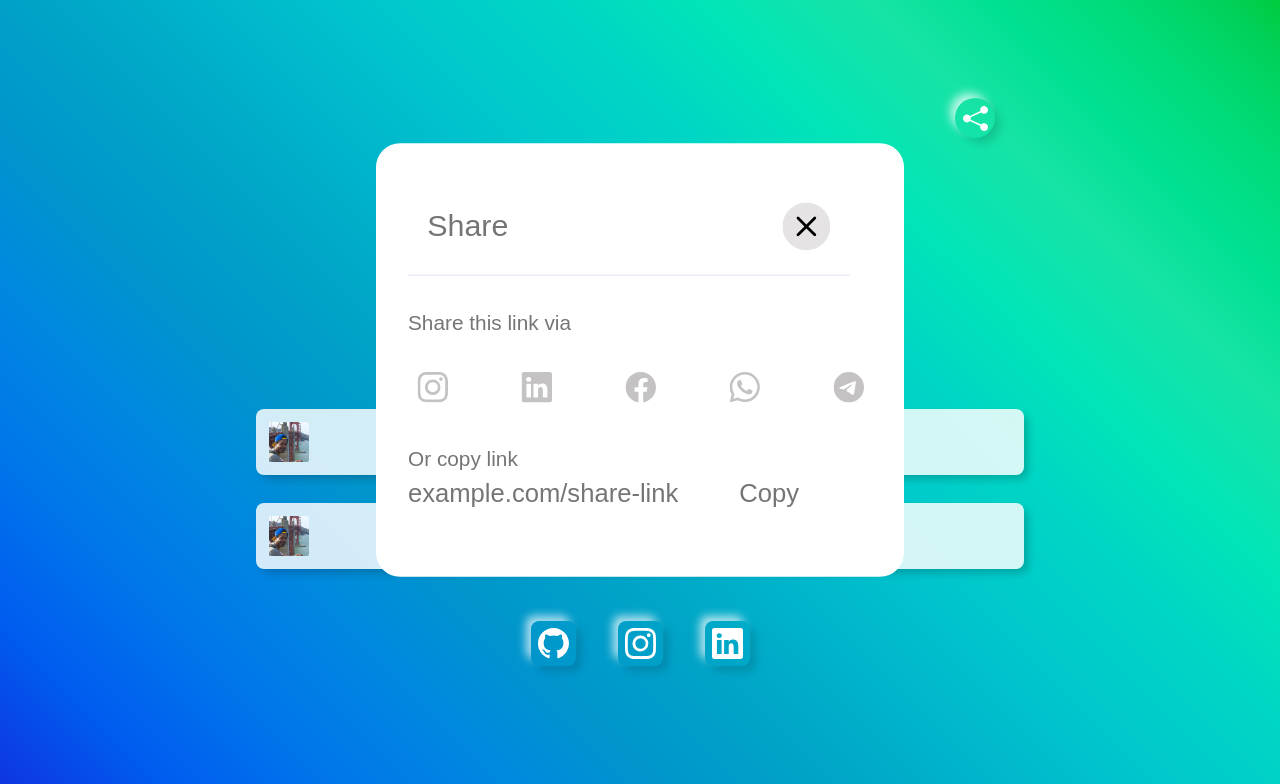
Repository: MateLaDBrouille97/linktree
Page: /
An editor plug-in stored every save of this project. The page is shown before and after the next save, followed by the edit.
The browser window is 1280 px wide. The pictures show the whole page.
The project was rebuilt for these pictures with package versions that can differ from the ones it lists, and the page was loaded fresh each time. The framework's server and built-in components were replaced by stand-ins that run in the browser. Also part of the build but not shown: next.config.js, styles/Home.module.css, styles/scrollup.css.

Above is the page before, as saved 2023-01-24 00:05:43.

### app/layout.tsx
"use client";

import '@/styles/globals.css'
import '../styles/Home.module.css';
import '../styles/scrollup.css';
import '../styles/home.css';
import '../styles/socials.css';
import '../styles/share.css';
import ScrollDow from '../components/ScrollDow';
import ScrollUp from '../components/scrollup/ScrollUp'

export default function RootLayout({
    children,
  }: {
    children: React.ReactNode;
  }) {
    return (
      <html lang="en">
        <body>{children}</body>
        {/* <ScrollDow/> */}
        {/* <ScrollUp/> */}
      </html>
    );
  }

### app/page.tsx
"use client";

import Image from "next/image";
import data from "data.json";
import image from "../public/ManuelTL2.jpg";
import image1 from "../public/ManuelTL2.jpg";
import { useEffect, useState } from "react";
import Socials from "../components/Socials";
import Share from "@/components/Share";

function LinkCard({
  href,
  title,
  image,
}: {
  href: string;
  title: string;
  image?: string;
}) {
  return (
    <a
      href={href}
      className="flex items-center p-3 w-full rounded-lg hover:scale-105 transition-all bg-gray-100 mb-3 -mt-2 max-w-3xl home__linkcard-box"
    >
      <div className="flex text-center w-full home__linkcard-card">
        <div className="w-10 h-10 home__linkcard-img">
          {image1 && (
            <Image
              className="rounded-sm"
              alt={data.name}
              src={image1}
              width={40}
              height={40}
            />
          )}
        </div>
        <h2 className="flex justify-center items-center font-semibold w-full text-gray-700 -ml-10 home__linkcard-title">
          {title}
        </h2>
      </div>
    </a>
  );
}

export default function Home() {
  /*==================== Toggle Menu ====================== */
  const [toggle, showMenu] = useState(false);
  const [activeNav, setActiveNav] = useState("#home");

  /* +++++++++++++++++++++++++++++++++++++++++++++++++ */
  // const { dbUser, image } = useUserContext();

  // const breakpoints = (width) => {
  //   if (width < 640) {
  //     return "xs";
  //   } else if (width >= 640 && width < 768) {
  //     return "sm";
  //   } else if (width >= 768 && width < 1024) {
  //     return "md";
  //   } else if (width >= 1024) {
  //     return "lg";
  //   }
  // };

  // const [breakpoint, setBreakpoint] = useState(() =>
  //   breakpoints(typeof window !== "undefined" && window.innerWidth)
  // );

  useEffect(() => {
    if (toggle) {
      // const calcInnerWidth = function () {
      //   setBreakpoint(breakpoints(window.innerWidth));
      // };
      // window.addEventListener("resize", calcInnerWidth);
      window.addEventListener("scroll", function () {
        const header = this.document.querySelector(".header");
        //scroll higher than 200 viewport height
        //add scroll header class to a tag with the scroll-top
        if (this.scrollY >= 80) header?.classList.add("scroll-header");
        else header?.classList.remove("scroll-header");
      });
    }
  }, []);

  useEffect(() => {
    showMenu(true);
  }, []);

  return (
    <div className="flex items-center flex-col mx-auto w-full justify-center mt-16 px-8 ">
      <Share/>
      <a
        href="#home"
        onClick={() => setActiveNav("#home")}
        // className={
        //   activeNav === "#home" ? "nav__logo active-link" : "nav__logo"
        // }
      >
        <Image
          className="rounded-full"
          alt={data.name}
          src={image}
          width={96}
          height={96}
        />
      </a>

      <h1 className="font-semibold mt-4 mb-8 text-xl" style={{color:"white"}}>{data.name}</h1>
      <h3 className="home__description" style={{color:"white"}}>{data.small_description}</h3>

      <div className="grid place-items-center w-full mt-2">
        {data.links.map((link) => (
          <LinkCard key={link.href} {...link} />
        ))}
      </div>

      <div className="gap-3 items-center flex mt-10">
        {data?.socials?.map((social) => {
         return(

          <Socials title={social?.title} key={social?.href} />
          )
        })}
      </div>
    </div>
  );
}

### styles/home.css
.home__container{
    row-gap: 7rem;
}

.home__content{
    grid-template-columns: 116px repeat(2, 1fr);
    padding-top: 5.5rem;
    column-gap: 2rem;
    align-items: center;
}

.home__social{
    display:grid;
    grid-template-columns: max-content;
    row-gap: 1rem;
}

.home__social-icon{
    font-size:1.25rem;
    color: var(--title-color);
}

.home__social-icon:hover{
    color:rgb(165, 30, 75);
}



.home__social-icon:hover{
    color: var(--title-color-dark);
}

.home__title{
    font-size:var(--h1-font-size);
    margin-bottom:var(--mb-0-25);
}

.home__hand{
    width: 38px;
    height: 38px;
    margin-left: 0.4rem;
}

.home__subtitle{
    position: relative;
    font-size:var(--h3-font-size);
    padding-left: 5.4rem;
    font-weight: var(--font-normal);
    margin-bottom: var(--mb-1);
}

.home__subtitle::before{
    content:'';
    position:absolute;
    width: 70px;
    height:1px;
    background-color:var(--text-color);
    left:0;
    top:1rem;
}

.home__description{
    max-width:400px;
    margin-bottom: var(--mb-3);
    line-height: 1.7;
}

.home__linkcard-box{
    background-color: rgba(255, 255, 255, 0.829);
    border-color: whitesmoke;
    border-width: 3px;
    transition: transform 0.5s;
    box-shadow: 5px 5px 9px -1px rgba(0,0,0,0.2);

    border: 1px solid rgba(0,0,0,0);
    transition: transform 0.5s;
}

.home__linkcard-box:hover{
    box-shadow: 10px 10px 0px -1px rgba(0,0,0,0.15),
                1px 1px 0.5px  rgba(0,0,0,0.15),
                0px -12px 10px -10px  rgba(0,0,0,0.05);
     border: 1px solid   rgba(0,0,0,0.1);
    /* transform:translateY(-2px)  ;    */
}

.home__linkcard-box::after{
    transition: transform 0.5s;
}

.home__linkcard-box:hover::after .home__linkcard-title {
    transition: transform 0.7s;
}

.home__linkcard-box:hover::after .home__linkcard-img {
    transition: transform 0.7s;
}

.home__linkcard-box:hover .home__linkcard-title{
    transform:scale(1.05);
    transition: transform 0.5s;
}

.home__linkcard-box:hover .home__linkcard-img{
    transform:scale(1.15);
    transition: transform 0.5s;
}




.home__img{
/* background: url(../../assets/Mur.jpg); */
background-repeat: no-repeat;
background-position: center;
background-size: cover;
box-shadow: inset 0 0 0 9px rgb(255 255 255/30%);
order: 1;
justify-self: center;
width:375px ;
height: 350px;
animation: profile__animate 8s ease-in-out infinite 1s;
}

@keyframes profile__animate {
    0%{
        border-radius: 60% 40% 30% 70%/60% 30% 70% 40%;
    }

    50%{
        border-radius: 30% 60% 70% 40%/50% 60% 30% 60%;
    }

    100%{
        border-radius: 60% 40% 30% 70%/60% 30% 70% 40%;
    }
}

.home__scroll{
    position:fixed;
    left: 2.5rem;
    bottom: 3rem;
    /* opacity:0.8; */
    padding:0.3rem 0.5rem;
    border-radius:0.4rem;
    z-index: var(--z-tooltip);
    transition: .4s;
}


.wheel {
    animation: scroll 2s ease infinite;
}

@keyframes scroll{
    0% {
        transform: translateY(0);
    }
    30% {
        transform: translateY(3.7rem);
    }

}


.home__scroll-name{
    color: rgba(255, 255, 255, 0.829);
    font-weight: var(--font-medium);
    margin-right: var(--mb-0-25);
    margin-left: 2px;
}

.home__scroll-arrow{
    font-size: 1.25rem;
    color: rgba(255, 255, 255, 0.829);
}


/*=============== BREAKPOINTS ===============*/
/* For large devices */
@media screen and (max-width: 992px) {
    .home__content{
        grid-template-columns: 100px repeat(2, 1fr);
        column-gap: 1.25rem;

    }

    .home__hand{
        width:26px;
        height:26px;
    }

    .home__subtitle{
        padding-left: 3.75rem;
        margin-bottom: var(--mb-1);

    }

    .home__subtitle::before {
        width:42px;
        top:0.8rem;
    }

    .home__description{
        max-width: initial;
        margin-bottom: var(--mb-2-5);
    }

    .home__img{
        width:250px;
        height:250px;
        box-shadow:inset 0 0 0 8px rgb(255 255 255/30%)
    }

    .home__scroll{
        margin-left: 7.5rem;
    }



  }

  /* For medium devices */
  @media screen and (max-width: 768px) {
    .home__content{
        grid-template-columns: 0.5fr 3fr;
        padding-top: 3.5rem;
    }

    .home__img{
        order:initial;/* ordre d'apparition de l'element*/
        justify-self: initial;
        box-shadow: inset 0 0 0 9px rgb(255 255 255/30%);
        width:200px;
        height: 200px;
    }

    .home__data{
        grid-column:1/3;
    }

    .home__scroll{
        display:none;
    }


  }



  /* For small devices */
  @media screen and (max-width: 350px) {


    .home__img{

        width:180px ;
        height: 180px;
    }

    .home__hand{
        width:22px;
        height:22px;
    }


  }

### styles/socials.css
/* .social__link{
    color: var(--container-color);
    font-size: 1.125rem;
    padding: 0.4rem;
    border-radius:1.5rem;
    display: inline-flex;
} */
/*
.social__link:hover{
    background-color:rgba(44, 203, 224, 0.986);
} */

.social__link{
    display:flex;
    /* background-color: var(--container-color); */
    color: var(--container-color);
    height: 45px;
    width: 45px;
    margin: 0 15px;
    border-radius: 8px;
    align-items: center;
    justify-content:center;
    text-decoration: none;
    box-shadow: 6px 6px 10px -1px rgba(0,0,0,0.15),
                -6px -6px 10px -1px rgba(255,255,255,0.7);
    border: 1px solid   rgba(0,0,0,0);
    transition: transform 0.5s;
}

a svg {
    font-size: 38px;
    color: white;
    transition: transform 0.5s;
}


.social__link:hover{
    background-color: rgba(255, 255, 255, 0.829);
    box-shadow: inset 4px 4px 6px -1px rgba(0,0,0,0.2),
                inset -4px -4px 6px -1px rgba(255,255,255,0.7),
                -0.5px -0.5px 0px  rgba(255,255,255,1),
                0.5px 0.5px 0px  rgba(0,0,0,0.15),
                0px -12px 10px -10px  rgba(0,0,0,0.05);
    border: 1px solid   rgba(0,0,0,0.1);
    transform:translateY(2px)  ;
}


a:hover svg{
    transform: scale(1.10);
    fill: black;
    transition: transform 0.5s;
}

a:hover .bi-linkedin{
    fill:rgb(18, 83, 203) ;
    transform:scale(1.10);
    transition: transform 0.5s;
}

a:hover .bi-instagram{
    fill:#e64771;
    transform:scale(1.10);
    transition: transform 0.5s;
}


/*=============== BREAKPOINTS ===============*/
/* For large devices */
@media screen and (max-width: 992px) {


    .social__link:hover{

        box-shadow: inset 4px 4px 6px -1px rgba(0,0,0,0.2),
                    inset -4px -4px 6px -1px rgba(255,255,255,0.7),
                    -0.5px -0.5px 0px  rgba(255,255,255,1),
                    0.5px 0.5px 0px  rgba(0,0,0,0.15),
                    0px -12px 10px -10px  rgba(0,0,0,0.05);
        border: 1px solid   rgba(0,0,0,0.1);
        transform:translateY(2px)  ;
    }




  }

  /* For medium devices */
  @media screen and (max-width: 768px) {




  }



  /* For small devices */
  @media screen and (max-width: 350px) {





  }

### styles/share.css
/*          Share   Items  */

.share-link {
  display: flex;
  color: var(--container-color);
  height: 45px;
  width: 45px;
  margin: 0 15px;
  border-radius: 22px;
  align-items: center;
  justify-content: center;
  text-decoration: none;
  box-shadow: 6px 6px 10px -1px rgba(0, 0, 0, 0.15),
    -6px -6px 10px -1px rgba(255, 255, 255, 0.7);
  border: 1px solid rgba(0, 0, 0, 0);
  transition: transform 0.5s;
}

.share-link:hover {
  background-color: rgba(255, 255, 255, 0.829);
  box-shadow: inset 4px 4px 6px -1px rgba(0, 0, 0, 0.2),
    inset -4px -4px 6px -1px rgba(255, 255, 255, 0.7),
    -0.5px -0.5px 0px rgba(255, 255, 255, 1),
    0.5px 0.5px 0px rgba(0, 0, 0, 0.15),
    0px -12px 10px -10px rgba(0, 0, 0, 0.05);
  border: 1px solid rgba(0, 0, 0, 0.1);
  transform: translateY(2px);
}

/* .share-link .bi-share-fill{
    fill: white;
} */

.share-link:hover .bi-share-fill {
  fill: black;
  transform: scale(1.1);
  transition: transform 0.5s;
}

header {
  width: 95%;
  max-width: 788px;
  display: flex;
  justify-content: flex-end;
  padding: 12px;
  margin-top: 5px;
}

.share-button {
  width: 40px;
  height: 40px;
  border-radius: 20px;
  color: var(--container-color);
}

.share {
  width: 95%;
  max-width: 788px;
  display: flex;
  justify-content: flex-end;
  padding: 12px;
  margin-top: 5px;
  z-index: 10;
}

.modal-share {
  position: absolute;
  top: 50%;
  left: 50%;
  transform: translate(-50%, -50%) scale(1.6);
  background: var(--container-color);
  padding: 20px;
  border-radius: 15px;
  max-width: 330px;
  width: 60%;
}

.modal-share :is(header, .icons) {
  display: flex;
  align-items: center;
  justify-content: space-between;
}

.modal-share header {
  padding-bottom: 15px;
  border-bottom: 1px solid #ebedf9;
}

header .close .icons a {
  display: flex;
  align-items: center;
  justify-content: center;
  border-radius: 50%;
}

header .close {
  height: 33px;
  width: 33px;
  background: var(--container-color);
  cursor: pointer;
}

.modal-title {
  font-size: 19px;
  font-weight: 500;
}

.modal-share .content {
  margin: 20px 0;
}

.content p {
  font-size: 13px;
}

.content .icons {
  margin: 15px 0 20px 0;
}

.close .bi-x {

  height: 30px;
  width: 30px;
  border-radius: 15px;
  background-color:#e5e3e3;
  border: 1px solid transparent;
  text-decoration: none;
  display: flex;
  justify-content: flex-end;
  align-items: flex-end;
}

.icons a {
  height: 30px;
  width: 30px;
  border: 1px solid transparent;
  text-decoration: none;
  display: flex;
  justify-content: center;
  align-items: center;
}

.icons svg {
    fill: #8f8c8c86
}

### components/Socials.tsx
function GitHubIcon() {
  return (
    <a href="https://github.com/LuckyMate97" className="social__link">
      <svg xmlns="http://www.w3.org/2000/svg" width="31" height="31" fill="white" className="bi bi-github" viewBox="0 0 16 16"> <path d="M8 0C3.58 0 0 3.58 0 8c0 3.54 2.29 6.53 5.47 7.59.4.07.55-.17.55-.38 0-.19-.01-.82-.01-1.49-2.01.37-2.53-.49-2.69-.94-.09-.23-.48-.94-.82-1.13-.28-.15-.68-.52-.01-.53.63-.01 1.08.58 1.23.82.72 1.21 1.87.87 2.33.66.07-.52.28-.87.51-1.07-1.78-.2-3.64-.89-3.64-3.95 0-.87.31-1.59.82-2.15-.08-.2-.36-1.02.08-2.12 0 0 .67-.21 2.2.82.64-.18 1.32-.27 2-.27.68 0 1.36.09 2 .27 1.53-1.04 2.2-.82 2.2-.82.44 1.1.16 1.92.08 2.12.51.56.82 1.27.82 2.15 0 3.07-1.87 3.75-3.65 3.95.29.25.54.73.54 1.48 0 1.07-.01 1.93-.01 2.2 0 .21.15.46.55.38A8.012 8.012 0 0 0 16 8c0-4.42-3.58-8-8-8z"/> </svg>
    </a>
  );
}

function InstagramIcon() {
  return (
    <a href="https://www.instagram.com/oto.mata33/" className="social__link">
      <svg xmlns="http://www.w3.org/2000/svg" width="31" height="31" fill="white" className="bi bi-instagram" viewBox="0 0 16 16"> <path d="M8 0C5.829 0 5.556.01 4.703.048 3.85.088 3.269.222 2.76.42a3.917 3.917 0 0 0-1.417.923A3.927 3.927 0 0 0 .42 2.76C.222 3.268.087 3.85.048 4.7.01 5.555 0 5.827 0 8.001c0 2.172.01 2.444.048 3.297.04.852.174 1.433.372 1.942.205.526.478.972.923 1.417.444.445.89.719 1.416.923.51.198 1.09.333 1.942.372C5.555 15.99 5.827 16 8 16s2.444-.01 3.298-.048c.851-.04 1.434-.174 1.943-.372a3.916 3.916 0 0 0 1.416-.923c.445-.445.718-.891.923-1.417.197-.509.332-1.09.372-1.942C15.99 10.445 16 10.173 16 8s-.01-2.445-.048-3.299c-.04-.851-.175-1.433-.372-1.941a3.926 3.926 0 0 0-.923-1.417A3.911 3.911 0 0 0 13.24.42c-.51-.198-1.092-.333-1.943-.372C10.443.01 10.172 0 7.998 0h.003zm-.717 1.442h.718c2.136 0 2.389.007 3.232.046.78.035 1.204.166 1.486.275.373.145.64.319.92.599.28.28.453.546.598.92.11.281.24.705.275 1.485.039.843.047 1.096.047 3.231s-.008 2.389-.047 3.232c-.035.78-.166 1.203-.275 1.485a2.47 2.47 0 0 1-.599.919c-.28.28-.546.453-.92.598-.28.11-.704.24-1.485.276-.843.038-1.096.047-3.232.047s-2.39-.009-3.233-.047c-.78-.036-1.203-.166-1.485-.276a2.478 2.478 0 0 1-.92-.598 2.48 2.48 0 0 1-.6-.92c-.109-.281-.24-.705-.275-1.485-.038-.843-.046-1.096-.046-3.233 0-2.136.008-2.388.046-3.231.036-.78.166-1.204.276-1.486.145-.373.319-.64.599-.92.28-.28.546-.453.92-.598.282-.11.705-.24 1.485-.276.738-.034 1.024-.044 2.515-.045v.002zm4.988 1.328a.96.96 0 1 0 0 1.92.96.96 0 0 0 0-1.92zm-4.27 1.122a4.109 4.109 0 1 0 0 8.217 4.109 4.109 0 0 0 0-8.217zm0 1.441a2.667 2.667 0 1 1 0 5.334 2.667 2.667 0 0 1 0-5.334z"/> </svg>
    </a>
  );
}

function LinkedInIcon() {
  return (
    <a href="https://ca.linkedin.com/" className="social__link">
      <svg xmlns="http://www.w3.org/2000/svg" width="31" height="31" fill="white" className="bi bi-linkedin" viewBox="0 0 16 16"> <path d="M0 1.146C0 .513.526 0 1.175 0h13.65C15.474 0 16 .513 16 1.146v13.708c0 .633-.526 1.146-1.175 1.146H1.175C.526 16 0 15.487 0 14.854V1.146zm4.943 12.248V6.169H2.542v7.225h2.401zm-1.2-8.212c.837 0 1.358-.554 1.358-1.248-.015-.709-.52-1.248-1.342-1.248-.822 0-1.359.54-1.359 1.248 0 .694.521 1.248 1.327 1.248h.016zm4.908 8.212V9.359c0-.216.016-.432.08-.586.173-.431.568-.878 1.232-.878.869 0 1.216.662 1.216 1.634v3.865h2.401V9.25c0-2.22-1.184-3.252-2.764-3.252-1.274 0-1.845.7-2.165 1.193v.025h-.016a5.54 5.54 0 0 1 .016-.025V6.169h-2.4c.03.678 0 7.225 0 7.225h2.4z"/> </svg>
    </a>
  );
}

function Socials({ title }:{title?:string;}) {
  if (title == "Instagram") {
    return <InstagramIcon  />;
  }
  if (title == "Github") {
    return <GitHubIcon  />;
  }
  if (title == "LinkedIn") {
    return <LinkedInIcon  />;
  }
}

export default Socials;

Loaded but not shown: data.json (35 lines, source omitted); tailwind.config.js (13 lines, source omitted); components/Share.tsx (116 lines, source omitted); styles/globals.css (269 lines, source omitted)

After the next save:
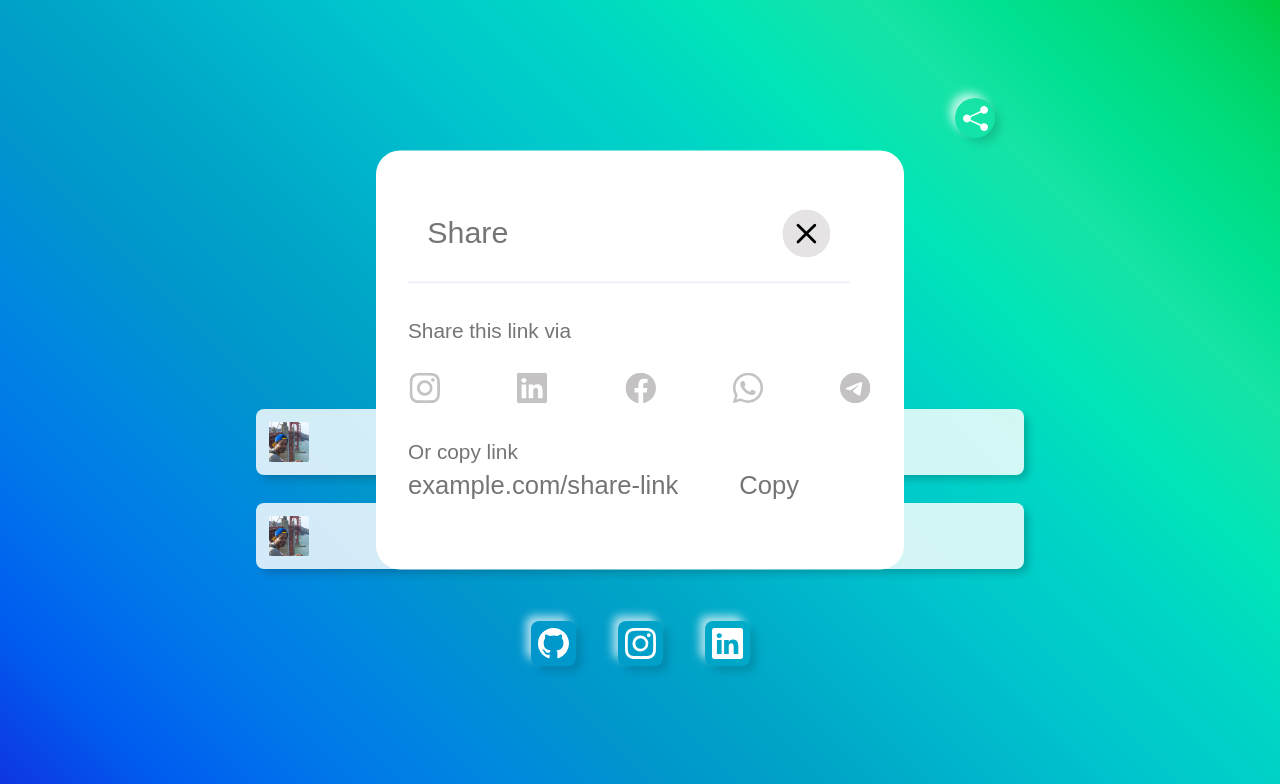
Saved 38 s later.
--- a/styles/share.css
+++ b/styles/share.css
@@ -131,8 +131,7 @@
 }
 
 .icons a {
-  height: 30px;
-  width: 30px;
+
   border: 1px solid transparent;
   text-decoration: none;
   display: flex;

After the save that followed:
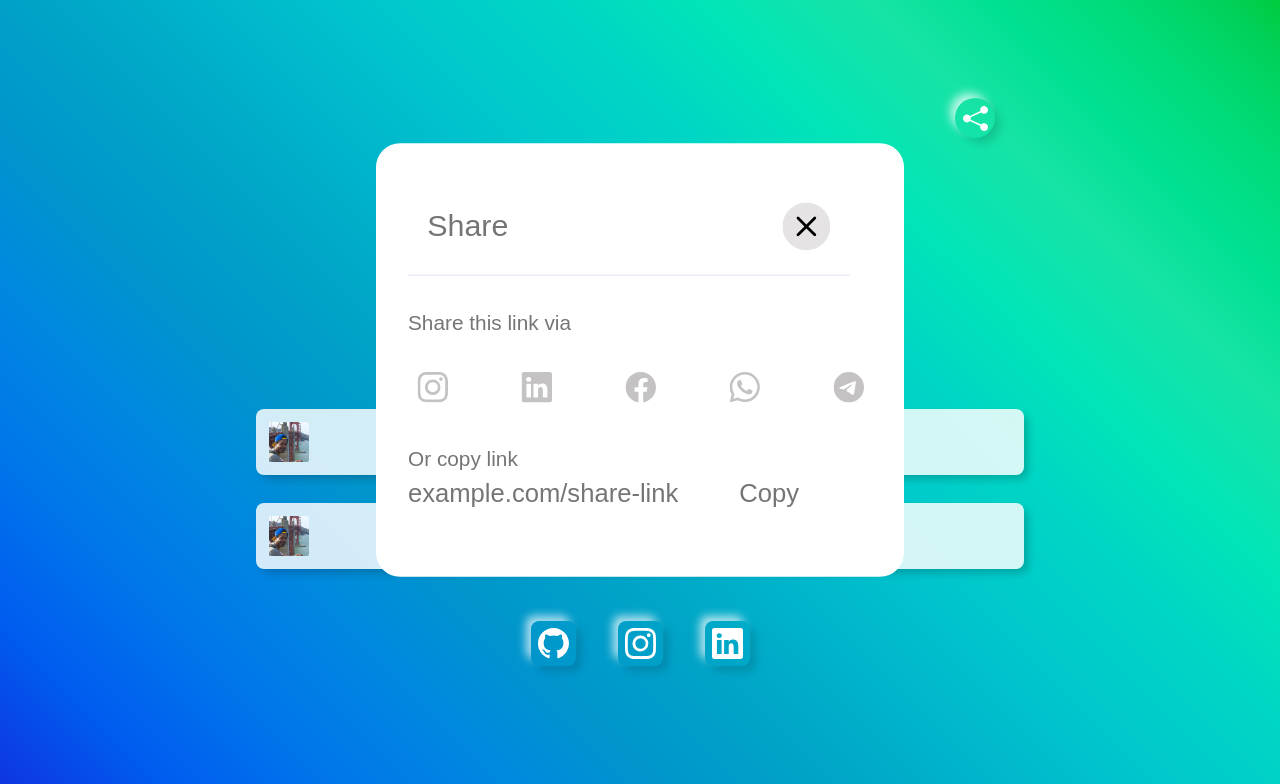
Saved 11 s later.
--- a/styles/share.css
+++ b/styles/share.css
@@ -131,7 +131,8 @@
 }
 
 .icons a {
-
+  height: 30px;
+  width: 30px;
   border: 1px solid transparent;
   text-decoration: none;
   display: flex;
